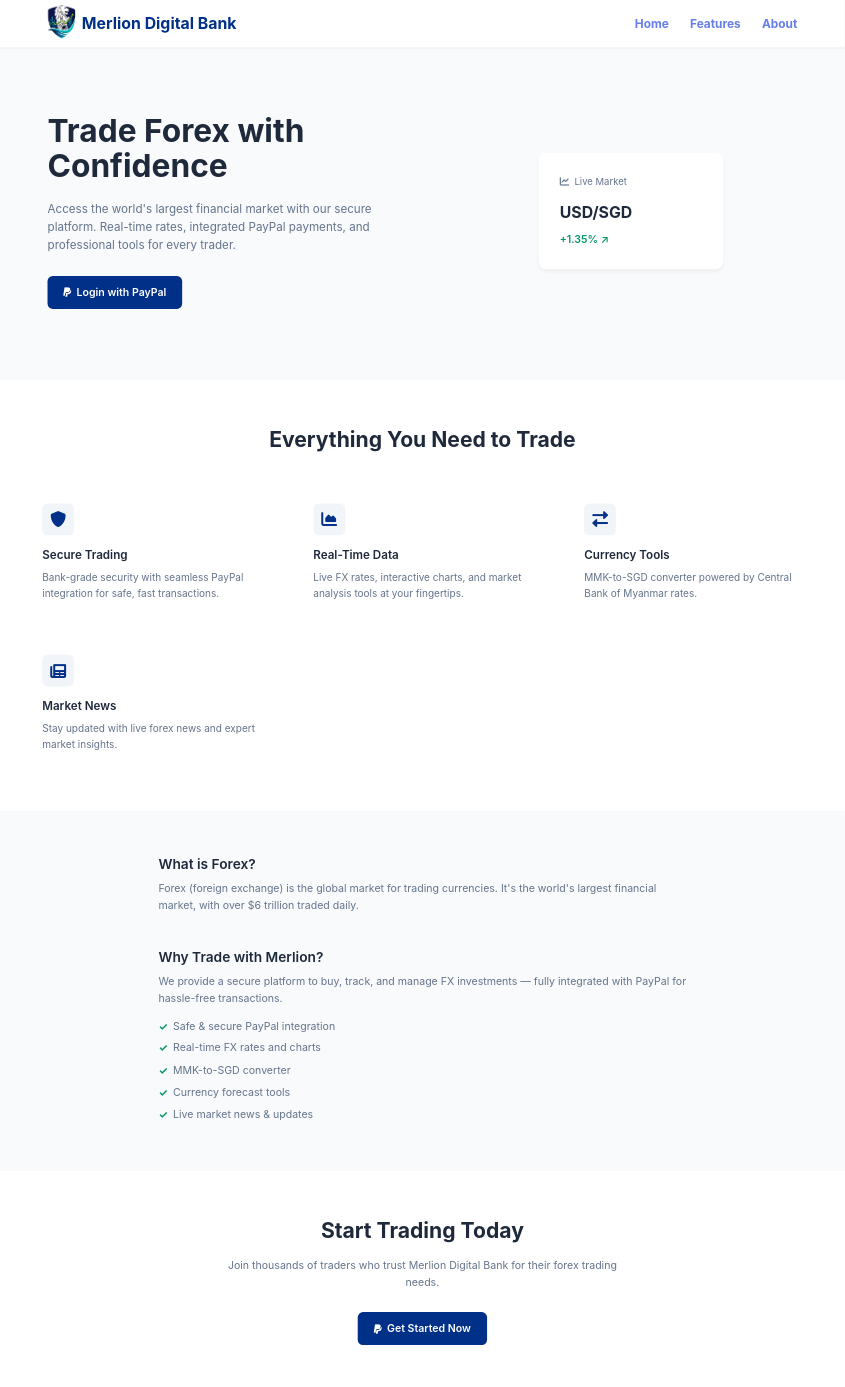
Repository: MayThetNaingBo/MerlionFX-app
Page: http://localhost/
These files come from the project's save history. The page is drawn as it stood at one moment and after the next save; the edit follows.
The browser window is 1280 px wide. The pictures show the whole page, at 66% of full size.
The page is served by the project's application, run on Flask 3 (app.py).

Above is the page before, as saved 2025-08-07 23:49:57.

After the next save:
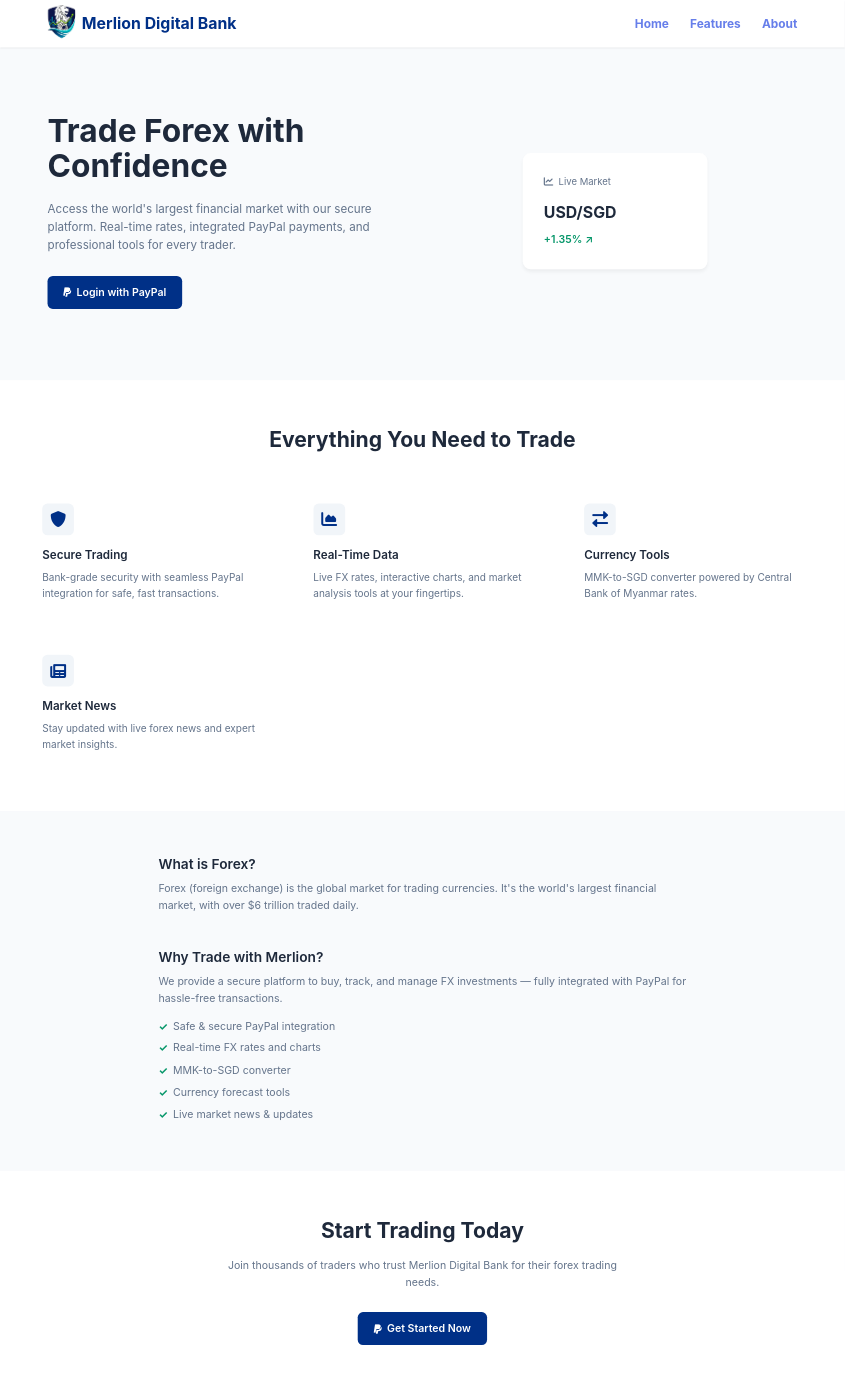
Saved 10 s later.
--- a/templates/index.html
+++ b/templates/index.html
@@ -89,7 +89,7 @@
             margin: 0 auto;
             display: grid;
             grid-template-columns: 1fr 1fr;
-            gap: 8rem;
+            gap: 2rem;
             align-items: center;
             min-height: 80vh;
         }
